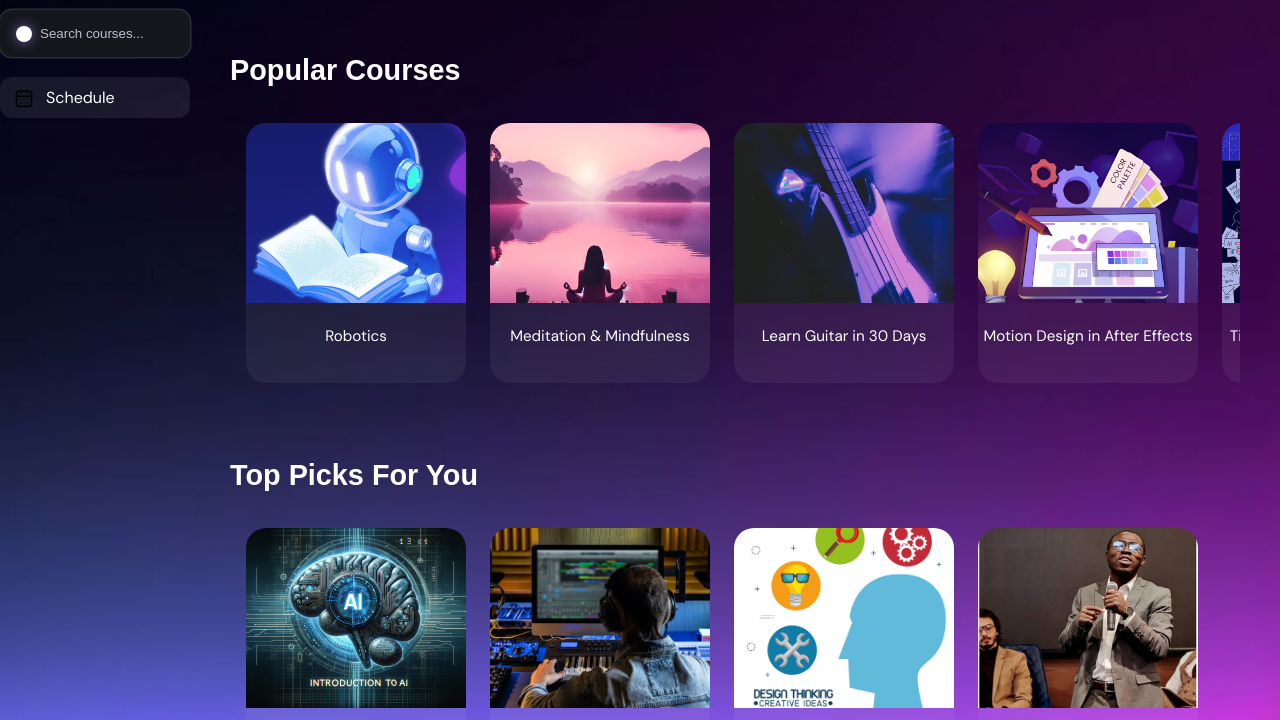
Repository: damndana/UIREN
Page: http://localhost/courses/
An editor plug-in stored every save of this project. The page is shown before and after the next save, followed by the edit.
The browser window is 1280 px wide. The pictures show the whole page.
An inner scrolling area shows only its first screen. The page is served by the project's application, run on Django 5.2 (manage.py). The page reads the database file committed with the project.

Above is the page before, as saved 2025-04-22 00:42:27.

After the next save:
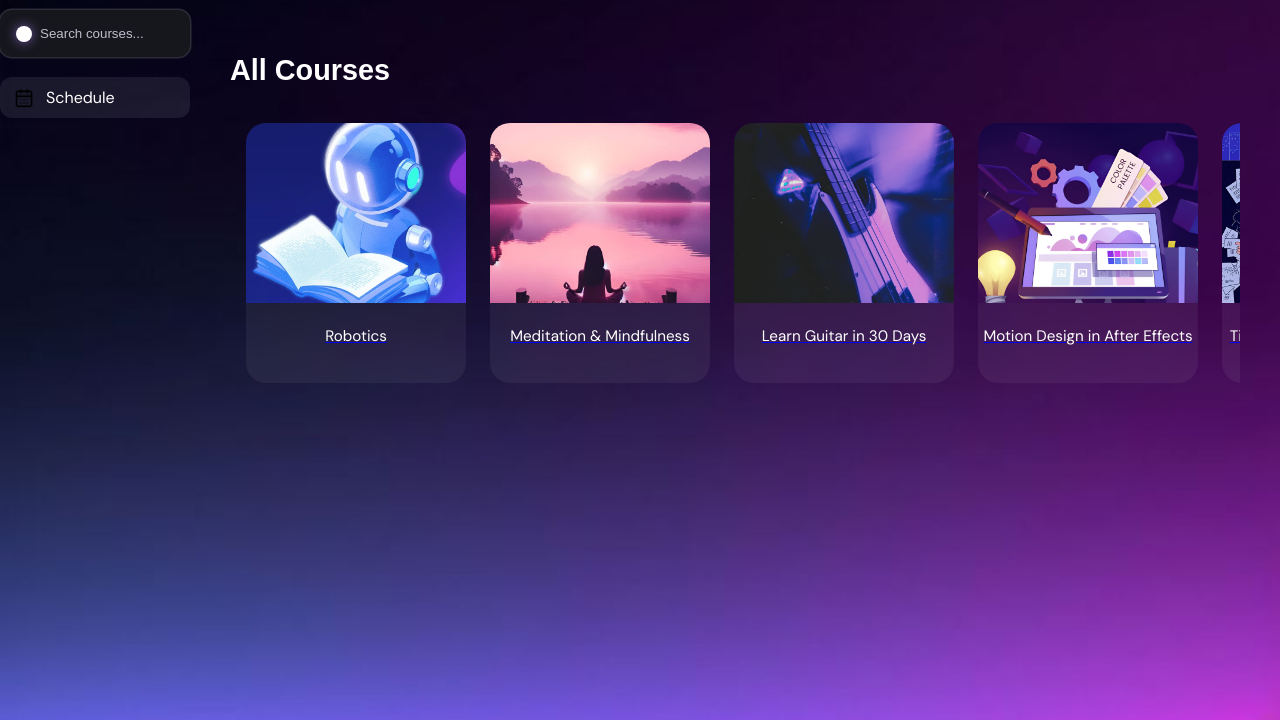
Saved 10 s later.
--- a/main/templates/courses.html
+++ b/main/templates/courses.html
@@ -16,105 +16,24 @@
     </div>
 
     <a href="https://calendar.google.com/calendar/u/0/r/eventedit?text=ScheduleACourseWithUiren!&dates=20250430T150000Z/20250430T153000Z&details=ScheduleACourseWithUiren!&location=Almaty&sf=true"
-   target="_blank" class="sidebar-icon">
-  <img src="{% static 'icons/calendar-days.png' %}" class="icon-img">
-  <span>Schedule</span>
-</a>
+       target="_blank" class="sidebar-icon">
+      <img src="{% static 'icons/calendar-days.png' %}" class="icon-img">
+      <span>Schedule</span>
+    </a>
   </div>
 
   <div class="main-content">
-    <h2 class="section-title">Popular Courses</h2>
-    <div class="carousel-wrapper" id="carousel-popular">
+    <h2 class="section-title">All Courses</h2>
+    <div class="carousel-wrapper">
       <div class="carousel">
-        <div class="card"><img src="{% static 'animations/robotics.png' %}" alt="Robotics"><p>Robotics</p></div>
-        <div class="card"><img src="{% static 'animations/Dawn Meditation by the Lake_ Serenity in Pink and Purple.jpg' %}" alt="Meditation"><p>Meditation & Mindfulness</p></div>
-        <div class="card"><img src="{% static 'animations/guitar30days.jpg' %}" alt="Guitar"><p>Learn Guitar in 30 Days</p></div>
-        <div class="card"><img src="{% static 'animations/motiondesign.png' %}" alt="Motion"><p>Motion Design in After Effects</p></div>
-        <div class="card"><img src="{% static 'animations/timemanagement.jpg' %}" alt="Time"><p>Time Management like a CEO</p></div>
-      </div>
-    </div>
-
-    <h2 class="section-title" style="margin-top: 60px;">Top Picks For You</h2>
-    <div class="carousel-wrapper" id="carousel-top">
-      <div class="carousel">
-        <div class="card"><img src="{% static 'animations/introtoai.png' %}"><p>Intro to AI</p></div>
-        <div class="card"><img src="{% static 'animations/sounddesign.webp' %}" alt="Music"><p>Sound Design Essentials</p></div>
-        <div class="card"><img src="{% static 'animations/design-thinking.jpg' %}" alt="Design"><p>Creative Thinking for Designers</p></div>
-        <div class="card"><img src="{% static 'animations/speak.jpg' %}" alt="Public"><p>Speak Like a Pro</p></div>
+        {% for course in courses %}
+        <a href="{% url 'course_detail' slug=course.slug %}" class="card">
+          <img src="{{ course.image.url }}" alt="{{ course.title }}">
+          <p>{{ course.title }}</p>
+        </a>
+        {% endfor %}
       </div>
     </div>
   </div>
-
-  <script>
-    // SEARCH FUNCTION
-    const searchBar = document.getElementById("course-search");
-    searchBar.addEventListener("input", () => {
-      const query = searchBar.value.toLowerCase();
-      document.querySelectorAll(".carousel .card").forEach(card => {
-        const title = card.querySelector("p").textContent.toLowerCase();
-        card.style.display = title.includes(query) ? "flex" : "none";
-      });
-    });
-
-    // SCROLL + ZOOM FUNCTION PER CAROUSEL
-    document.querySelectorAll(".carousel-wrapper").forEach((wrapper) => {
-      const carousel = wrapper.querySelector(".carousel");
-      let isDown = false, startX, scrollLeft;
-      let scrollPos = 0;
-
-      // Drag scroll (mouse)
-      wrapper.addEventListener("mousedown", (e) => {
-        isDown = true;
-        startX = e.pageX - wrapper.offsetLeft;
-        scrollLeft = wrapper.scrollLeft;
-      });
-      wrapper.addEventListener("mouseup", () => isDown = false);
-      wrapper.addEventListener("mouseleave", () => isDown = false);
-      wrapper.addEventListener("mousemove", (e) => {
-        if (!isDown) return;
-        const x = e.pageX - wrapper.offsetLeft;
-        const walk = (x - startX) * 2;
-        wrapper.scrollLeft = scrollLeft - walk;
-      });
-
-      // Touch scroll (mobile)
-      wrapper.addEventListener("touchstart", (e) => {
-        startX = e.touches[0].pageX;
-        scrollLeft = wrapper.scrollLeft;
-      });
-      wrapper.addEventListener("touchmove", (e) => {
-        const x = e.touches[0].pageX;
-        const walk = (x - startX) * 2;
-        wrapper.scrollLeft = scrollLeft - walk;
-      });
-
-      // Auto scroll
-      function startAutoScroll() {
-        return setInterval(() => {
-          scrollPos += 1.5;
-          if (scrollPos >= carousel.scrollWidth - carousel.clientWidth) {
-            scrollPos = 0;
-          }
-          carousel.scrollTo({ left: scrollPos, behavior: "smooth" });
-        }, 20);
-      }
-
-      let autoScrollInterval = startAutoScroll();
-      wrapper.addEventListener("mouseenter", () => clearInterval(autoScrollInterval));
-      wrapper.addEventListener("mouseleave", () => {
-        autoScrollInterval = startAutoScroll();
-      });
-    });
-
-    // Zoom on hover
-    document.querySelectorAll(".card").forEach((card) => {
-      card.addEventListener("mouseenter", () => {
-        card.style.transform = "scale(1.07)";
-      });
-      card.addEventListener("mouseleave", () => {
-        card.style.transform = "scale(1)";
-      });
-    });
-  </script>
 </body>
 </html>

After the save that followed:
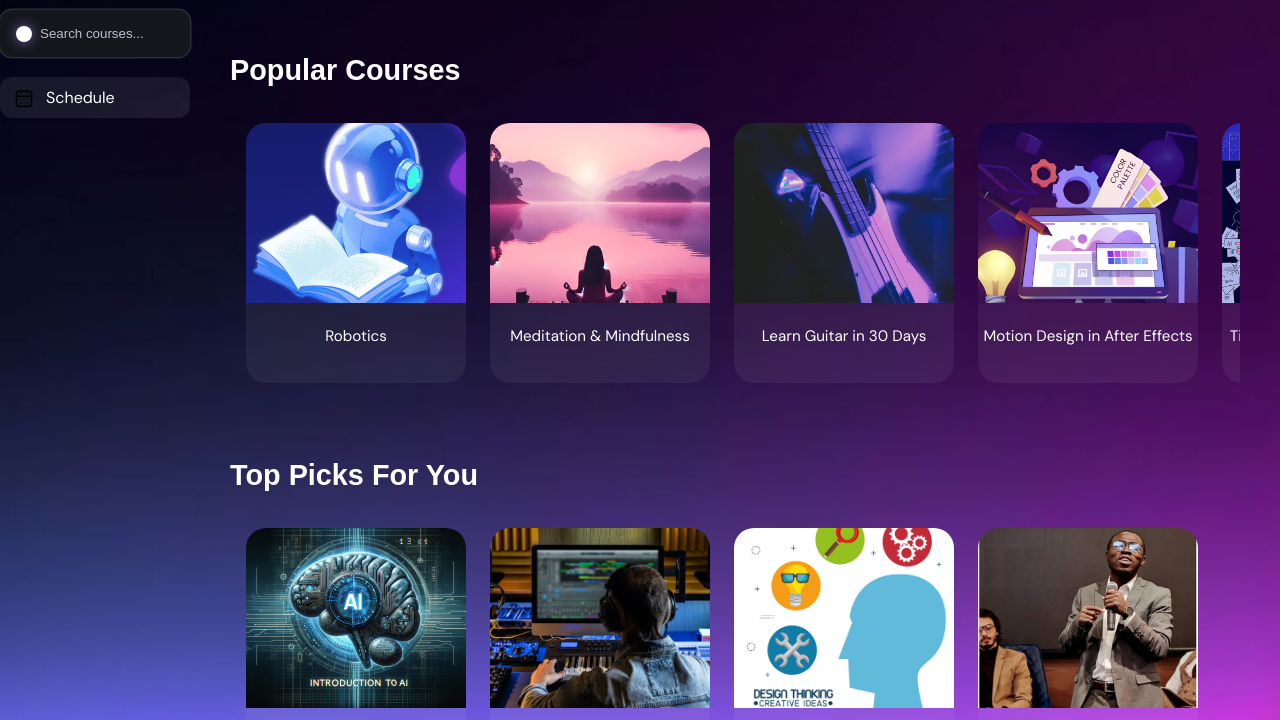
Saved 56 s later.
--- a/main/templates/courses.html
+++ b/main/templates/courses.html
@@ -16,24 +16,105 @@
     </div>
 
     <a href="https://calendar.google.com/calendar/u/0/r/eventedit?text=ScheduleACourseWithUiren!&dates=20250430T150000Z/20250430T153000Z&details=ScheduleACourseWithUiren!&location=Almaty&sf=true"
-       target="_blank" class="sidebar-icon">
-      <img src="{% static 'icons/calendar-days.png' %}" class="icon-img">
-      <span>Schedule</span>
-    </a>
+   target="_blank" class="sidebar-icon">
+  <img src="{% static 'icons/calendar-days.png' %}" class="icon-img">
+  <span>Schedule</span>
+</a>
   </div>
 
   <div class="main-content">
-    <h2 class="section-title">All Courses</h2>
-    <div class="carousel-wrapper">
+    <h2 class="section-title">Popular Courses</h2>
+    <div class="carousel-wrapper" id="carousel-popular">
       <div class="carousel">
-        {% for course in courses %}
-        <a href="{% url 'course_detail' slug=course.slug %}" class="card">
-          <img src="{{ course.image.url }}" alt="{{ course.title }}">
-          <p>{{ course.title }}</p>
-        </a>
-        {% endfor %}
+        <div class="card"><img src="{% static 'animations/robotics.png' %}" alt="Robotics"><p>Robotics</p></div>
+        <div class="card"><img src="{% static 'animations/Dawn Meditation by the Lake_ Serenity in Pink and Purple.jpg' %}" alt="Meditation"><p>Meditation & Mindfulness</p></div>
+        <div class="card"><img src="{% static 'animations/guitar30days.jpg' %}" alt="Guitar"><p>Learn Guitar in 30 Days</p></div>
+        <div class="card"><img src="{% static 'animations/motiondesign.png' %}" alt="Motion"><p>Motion Design in After Effects</p></div>
+        <div class="card"><img src="{% static 'animations/timemanagement.jpg' %}" alt="Time"><p>Time Management like a CEO</p></div>
+      </div>
+    </div>
+
+    <h2 class="section-title" style="margin-top: 60px;">Top Picks For You</h2>
+    <div class="carousel-wrapper" id="carousel-top">
+      <div class="carousel">
+        <div class="card"><img src="{% static 'animations/introtoai.png' %}"><p>Intro to AI</p></div>
+        <div class="card"><img src="{% static 'animations/sounddesign.webp' %}" alt="Music"><p>Sound Design Essentials</p></div>
+        <div class="card"><img src="{% static 'animations/design-thinking.jpg' %}" alt="Design"><p>Creative Thinking for Designers</p></div>
+        <div class="card"><img src="{% static 'animations/speak.jpg' %}" alt="Public"><p>Speak Like a Pro</p></div>
       </div>
     </div>
   </div>
+
+  <script>
+    // SEARCH FUNCTION
+    const searchBar = document.getElementById("course-search");
+    searchBar.addEventListener("input", () => {
+      const query = searchBar.value.toLowerCase();
+      document.querySelectorAll(".carousel .card").forEach(card => {
+        const title = card.querySelector("p").textContent.toLowerCase();
+        card.style.display = title.includes(query) ? "flex" : "none";
+      });
+    });
+
+    // SCROLL + ZOOM FUNCTION PER CAROUSEL
+    document.querySelectorAll(".carousel-wrapper").forEach((wrapper) => {
+      const carousel = wrapper.querySelector(".carousel");
+      let isDown = false, startX, scrollLeft;
+      let scrollPos = 0;
+
+      // Drag scroll (mouse)
+      wrapper.addEventListener("mousedown", (e) => {
+        isDown = true;
+        startX = e.pageX - wrapper.offsetLeft;
+        scrollLeft = wrapper.scrollLeft;
+      });
+      wrapper.addEventListener("mouseup", () => isDown = false);
+      wrapper.addEventListener("mouseleave", () => isDown = false);
+      wrapper.addEventListener("mousemove", (e) => {
+        if (!isDown) return;
+        const x = e.pageX - wrapper.offsetLeft;
+        const walk = (x - startX) * 2;
+        wrapper.scrollLeft = scrollLeft - walk;
+      });
+
+      // Touch scroll (mobile)
+      wrapper.addEventListener("touchstart", (e) => {
+        startX = e.touches[0].pageX;
+        scrollLeft = wrapper.scrollLeft;
+      });
+      wrapper.addEventListener("touchmove", (e) => {
+        const x = e.touches[0].pageX;
+        const walk = (x - startX) * 2;
+        wrapper.scrollLeft = scrollLeft - walk;
+      });
+
+      // Auto scroll
+      function startAutoScroll() {
+        return setInterval(() => {
+          scrollPos += 1.5;
+          if (scrollPos >= carousel.scrollWidth - carousel.clientWidth) {
+            scrollPos = 0;
+          }
+          carousel.scrollTo({ left: scrollPos, behavior: "smooth" });
+        }, 20);
+      }
+
+      let autoScrollInterval = startAutoScroll();
+      wrapper.addEventListener("mouseenter", () => clearInterval(autoScrollInterval));
+      wrapper.addEventListener("mouseleave", () => {
+        autoScrollInterval = startAutoScroll();
+      });
+    });
+
+    // Zoom on hover
+    document.querySelectorAll(".card").forEach((card) => {
+      card.addEventListener("mouseenter", () => {
+        card.style.transform = "scale(1.07)";
+      });
+      card.addEventListener("mouseleave", () => {
+        card.style.transform = "scale(1)";
+      });
+    });
+  </script>
 </body>
 </html>
